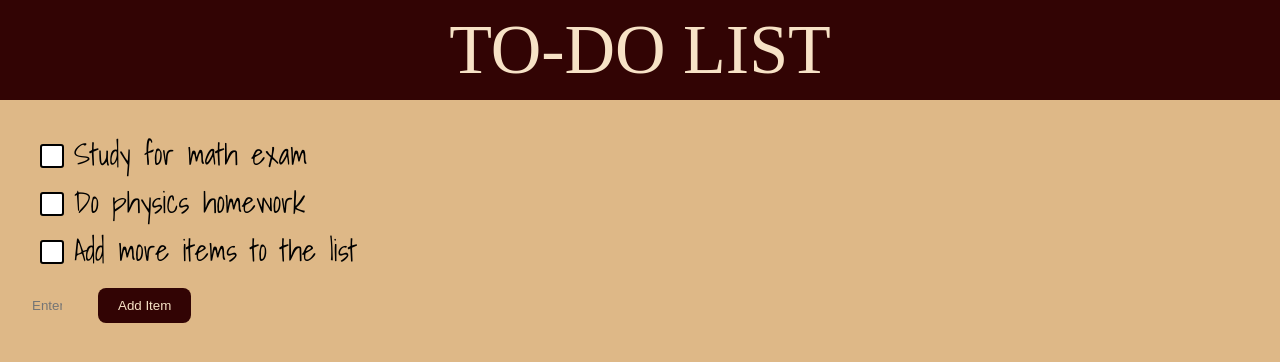
Repository: riya10483/pomodoro
Page: todo.html
The author's editor kept a copy of each file at every save. The page is drawn from the files as they stood at one save, then again after the next save.
The browser window is 1280 px wide. The pictures show the whole page.
Some web fonts or font styles are not loaded; a fallback is used.

Above is the page before, as saved 2024-09-28 22:11:45.
Console error: TypeError: Cannot set properties of null (setting 'innerHTML')

After the next save:
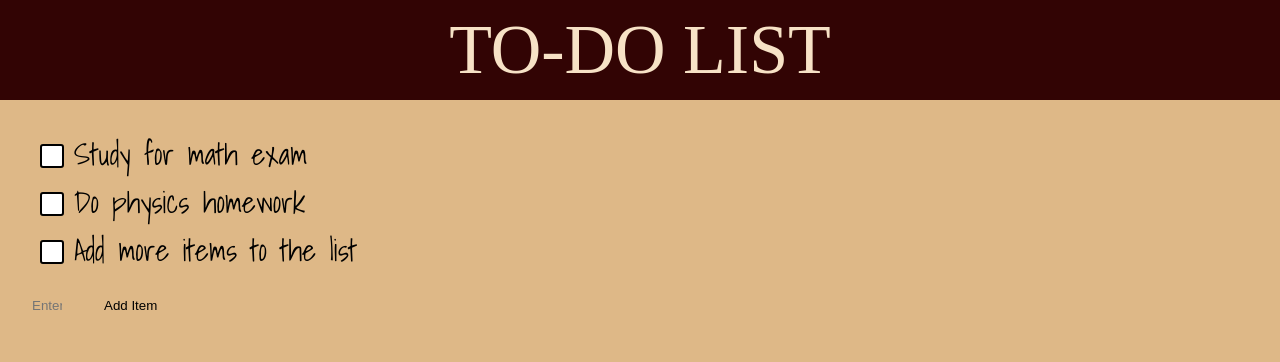
Saved 9 s later.
--- a/todo.css
+++ b/todo.css
@@ -61,6 +61,8 @@
     color: rgb(176, 141, 94);
 }
 
+input[]
+
 button {
     background-color: rgb(50, 4, 4);
     color: rgb(247, 226, 198);

After the 2 saves that followed:
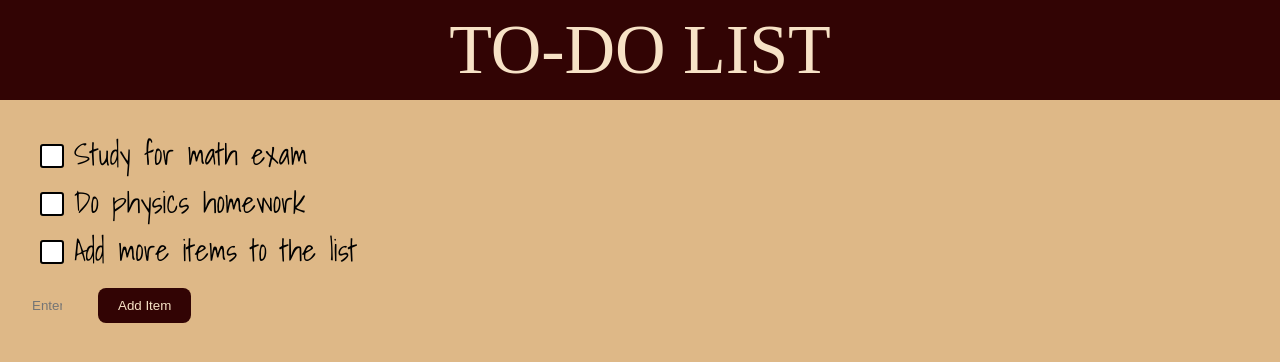
The 2 saves are shown as one change because they came seconds apart.
The last was saved 7 s later.
--- a/todo.css
+++ b/todo.css
@@ -61,7 +61,9 @@
     color: rgb(176, 141, 94);
 }
 
-input[]
+input[type="text"] {
+
+}
 
 button {
     background-color: rgb(50, 4, 4);
